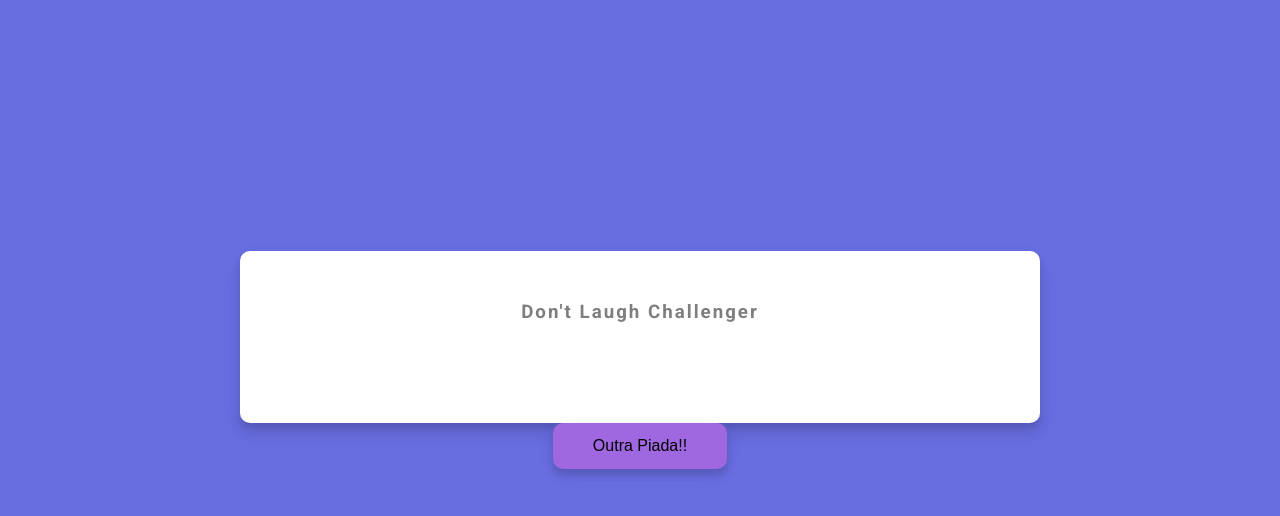
Repository: Williamlmachado/Dad-Jokes
Page: index.html
These files come from the project's save history. The page is drawn as it stood at one moment and after the next save; the edit follows.
The browser window is 1280 px wide. The pictures show the whole page.

Above is the page before, as saved 2021-08-21 13:05:31.

After the next save:
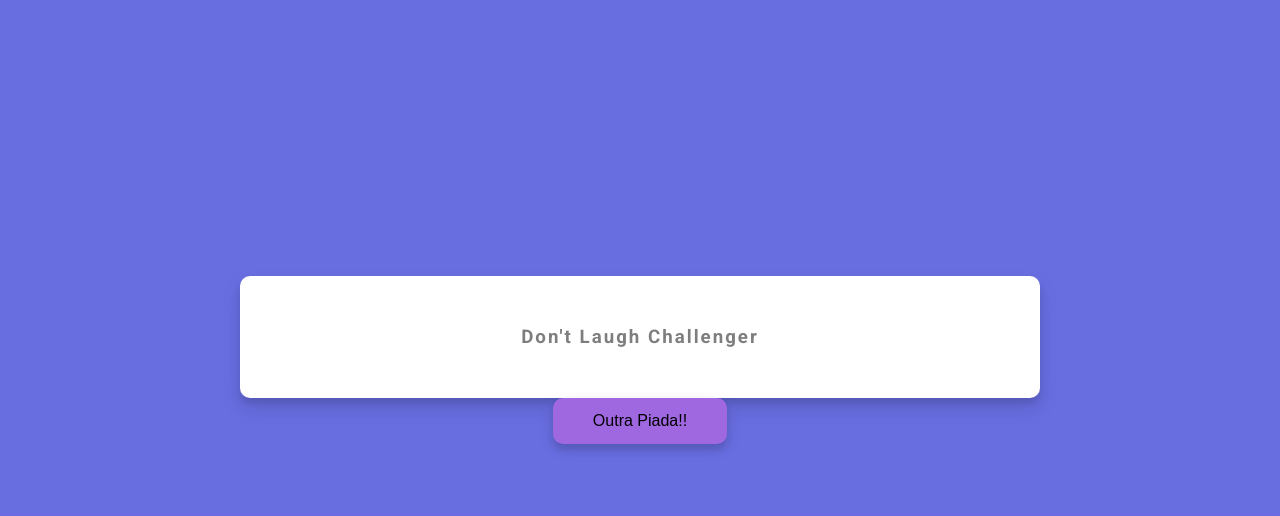
Saved 13 s later.
--- a/style.css
+++ b/style.css
@@ -16,19 +16,21 @@
   margin: 0;
   padding: 20px;
 }
-.container{
-    background-color: white;
+.container {
+    background-color: #fff;
     border-radius: 10px;
     box-shadow: 0 10px 20px rgba(0, 0, 0, 0.1), 0 6px 6px rgba(0, 0, 0, 0.1);
     padding: 50px 20px;
     text-align: center;
     max-width: 100%;
     width: 800px;
-}
-h3{
+  }
+
+  h3 {
     margin: 0;
     opacity: 0.5;
     letter-spacing: 2px;
+  }letter-spacing: 2px;
 }
 .joke{
     font-size: 30px;

After the save that followed:
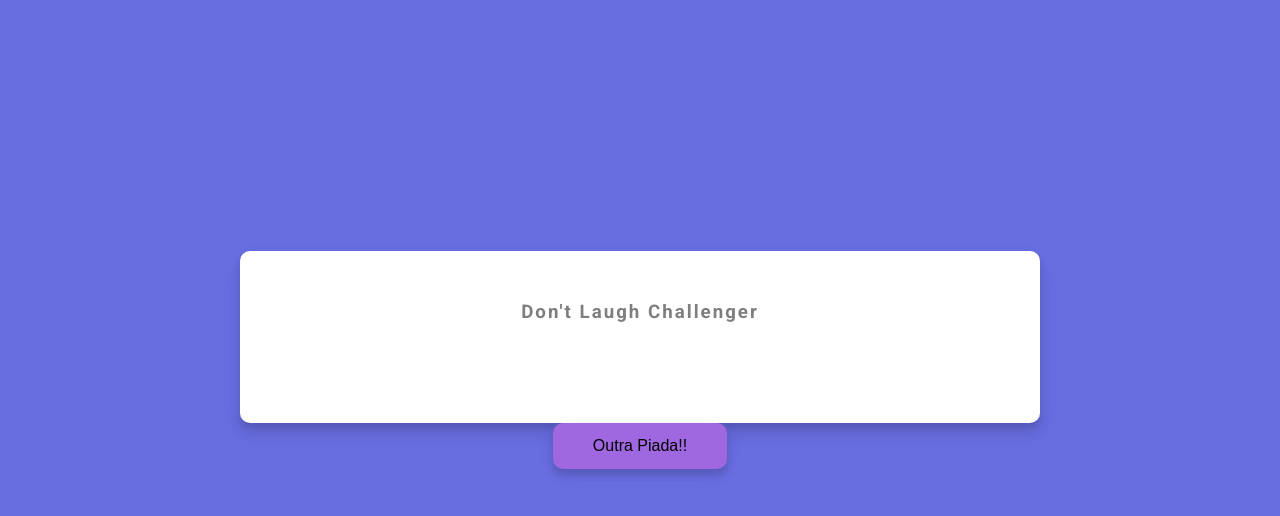
Saved 20 s later.
--- a/style.css
+++ b/style.css
@@ -30,7 +30,7 @@
     margin: 0;
     opacity: 0.5;
     letter-spacing: 2px;
-  }letter-spacing: 2px;
+  letter-spacing: 2px;
 }
 .joke{
     font-size: 30px;
